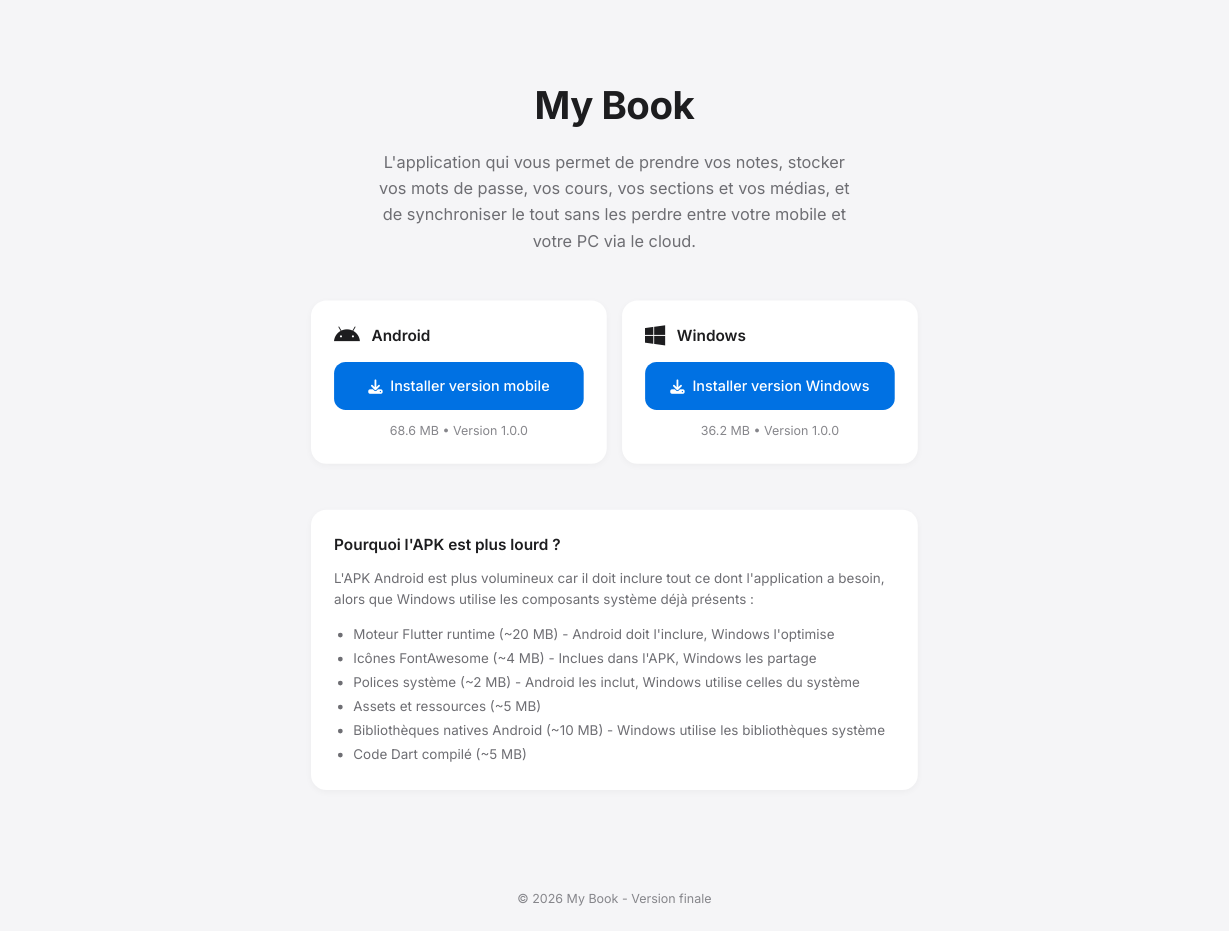
Repository: Deogratiasdev/app
Page: test.html
The author's editor kept a copy of each file at every save. The page is drawn from the files as they stood at one save, then again after the next save.
The browser window is 1280 px wide. The pictures show the whole page, at 96% of full size.

Above is the page before, as saved 2026-04-11 23:50:58.

### test.html
<!DOCTYPE html>
<html lang="fr">
<head>
    <meta charset="UTF-8">
    <meta name="viewport" content="width=device-width, initial-scale=1.0">
    <title>My Book - Téléchargement</title>
    <link rel="preconnect" href="https://fonts.googleapis.com">
    <link rel="preconnect" href="https://fonts.gstatic.com" crossorigin>
    <link href="https://fonts.googleapis.com/css2?family=Inter:wght@400;500;600;700&display=swap" rel="stylesheet">
    <link rel="stylesheet" href="https://cdnjs.cloudflare.com/ajax/libs/font-awesome/6.4.0/css/all.min.css">
    <style>
        * {
            margin: 0;
            padding: 0;
            box-sizing: border-box;
        }
        body {
            font-family: 'Inter', -apple-system, BlinkMacSystemFont, "Segoe UI", Roboto, sans-serif;
            background: #f5f5f7;
            color: #1d1d1f;
            line-height: 1.5;
            min-height: 100vh;
            display: flex;
            flex-direction: column;
        }
        .container {
            max-width: 680px;
            margin: 0 auto;
            padding: 80px 24px;
            flex: 1;
        }
        .header {
            text-align: center;
            margin-bottom: 48px;
        }
        h1 {
            font-size: 40px;
            font-weight: 700;
            margin-bottom: 16px;
            letter-spacing: -0.5px;
            color: #1d1d1f;
        }
        .description {
            font-size: 17px;
            color: #6e6e73;
            line-height: 1.6;
            max-width: 500px;
            margin: 0 auto;
        }
        .downloads {
            display: flex;
            flex-direction: column;
            gap: 16px;
            margin-bottom: 48px;
        }
        .download-card {
            background: #ffffff;
            border-radius: 16px;
            padding: 24px;
            box-shadow: 0 2px 8px rgba(0,0,0,0.04);
            transition: transform 0.2s ease, box-shadow 0.2s ease;
        }
        .download-card:hover {
            transform: translateY(-2px);
            box-shadow: 0 4px 16px rgba(0,0,0,0.08);
        }
        .download-card-header {
            display: flex;
            align-items: center;
            margin-bottom: 16px;
        }
        .download-card-header i {
            font-size: 24px;
            margin-right: 12px;
            color: #1d1d1f;
        }
        .download-card-header h2 {
            font-size: 16px;
            font-weight: 600;
            color: #1d1d1f;
        }
        .download-btn {
            display: flex;
            align-items: center;
            justify-content: center;
            width: 100%;
            padding: 14px 24px;
            background: #0071e3;
            color: #ffffff;
            text-decoration: none;
            font-size: 15px;
            font-weight: 500;
            border: none;
            border-radius: 12px;
            transition: background 0.2s ease;
        }
        .download-btn:hover {
            background: #0077ed;
        }
        .download-btn i {
            margin-right: 8px;
        }
        .download-info {
            font-size: 13px;
            color: #86868b;
            margin-top: 12px;
            text-align: center;
        }
        .info-section {
            background: #ffffff;
            border-radius: 16px;
            padding: 24px;
            box-shadow: 0 2px 8px rgba(0,0,0,0.04);
        }
        .info-section h3 {
            font-size: 16px;
            font-weight: 600;
            color: #1d1d1f;
            margin-bottom: 12px;
        }
        .info-section p {
            font-size: 14px;
            color: #6e6e73;
            line-height: 1.6;
            margin-bottom: 12px;
        }
        .info-section ul {
            font-size: 14px;
            color: #6e6e73;
            line-height: 1.8;
            margin-left: 20px;
        }
        .footer {
            text-align: center;
            padding: 24px;
            font-size: 13px;
            color: #86868b;
        }
        @media (min-width: 768px) {
            .downloads {
                flex-direction: row;
            }
            .download-card {
                flex: 1;
            }
        }
    </style>
</head>
<body>
    <div class="container">
        <div class="header">
            <h1>My Book</h1>
            <p class="description">L'application qui vous permet de prendre vos notes, stocker vos mots de passe, vos cours, vos sections et vos médias, et de synchroniser le tout sans les perdre entre votre mobile et votre PC via le cloud.</p>
        </div>

        <div class="downloads">
            <div class="download-card">
                <div class="download-card-header">
                    <i class="fab fa-android"></i>
                    <h2>Android</h2>
                </div>
                <a href="https://github.com/Deogratiasdev/app/raw/main/releases/MyBook.apk" download class="download-btn"><i class="fas fa-download"></i> Installer version mobile</a>
                <p class="download-info">68.6 MB • Version 1.0.0</p>
            </div>

            <div class="download-card">
                <div class="download-card-header">
                    <i class="fab fa-windows"></i>
                    <h2>Windows</h2>
                </div>
                <a href="https://github.com/Deogratiasdev/app/raw/main/releases/MyBook_Setup.exe" download class="download-btn"><i class="fas fa-download"></i> Installer version Windows</a>
                <p class="download-info">36.2 MB • Version 1.0.0</p>
            </div>
        </div>

        <div class="info-section">
            <h3>Pourquoi l'APK est plus lourd ?</h3>
            <p>L'APK Android est plus volumineux car il doit inclure tout ce dont l'application a besoin, alors que Windows utilise les composants système déjà présents :</p>
            <ul>
                <li>Moteur Flutter runtime (~20 MB) - Android doit l'inclure, Windows l'optimise</li>
                <li>Icônes FontAwesome (~4 MB) - Inclues dans l'APK, Windows les partage</li>
                <li>Polices système (~2 MB) - Android les inclut, Windows utilise celles du système</li>
                <li>Assets et ressources (~5 MB)</li>
                <li>Bibliothèques natives Android (~10 MB) - Windows utilise les bibliothèques système</li>
                <li>Code Dart compilé (~5 MB)</li>
            </ul>
        </div>
    </div>

    <div class="footer">
        © 2026 My Book - Version finale
    </div>
</body>
</html>

After the next save:
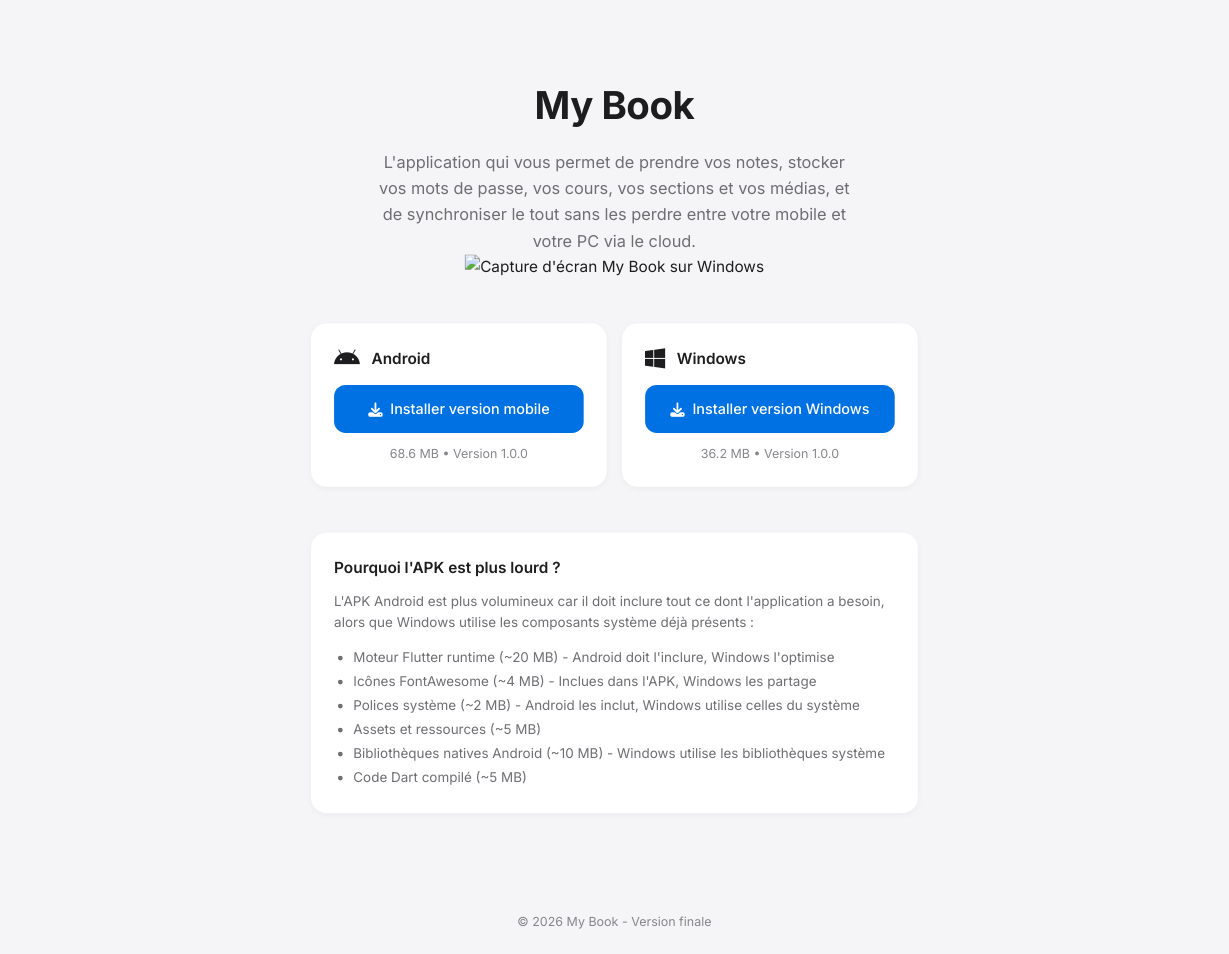
Not found: image.png
Saved 3 min 24 s later.
--- a/test.html
+++ b/test.html
@@ -151,6 +151,9 @@
         <div class="header">
             <h1>My Book</h1>
             <p class="description">L'application qui vous permet de prendre vos notes, stocker vos mots de passe, vos cours, vos sections et vos médias, et de synchroniser le tout sans les perdre entre votre mobile et votre PC via le cloud.</p>
+            <div class="screenshot">
+                <img src="image.png" alt="Capture d'écran My Book sur Windows" loading="lazy">
+            </div>
         </div>
 
         <div class="downloads">
